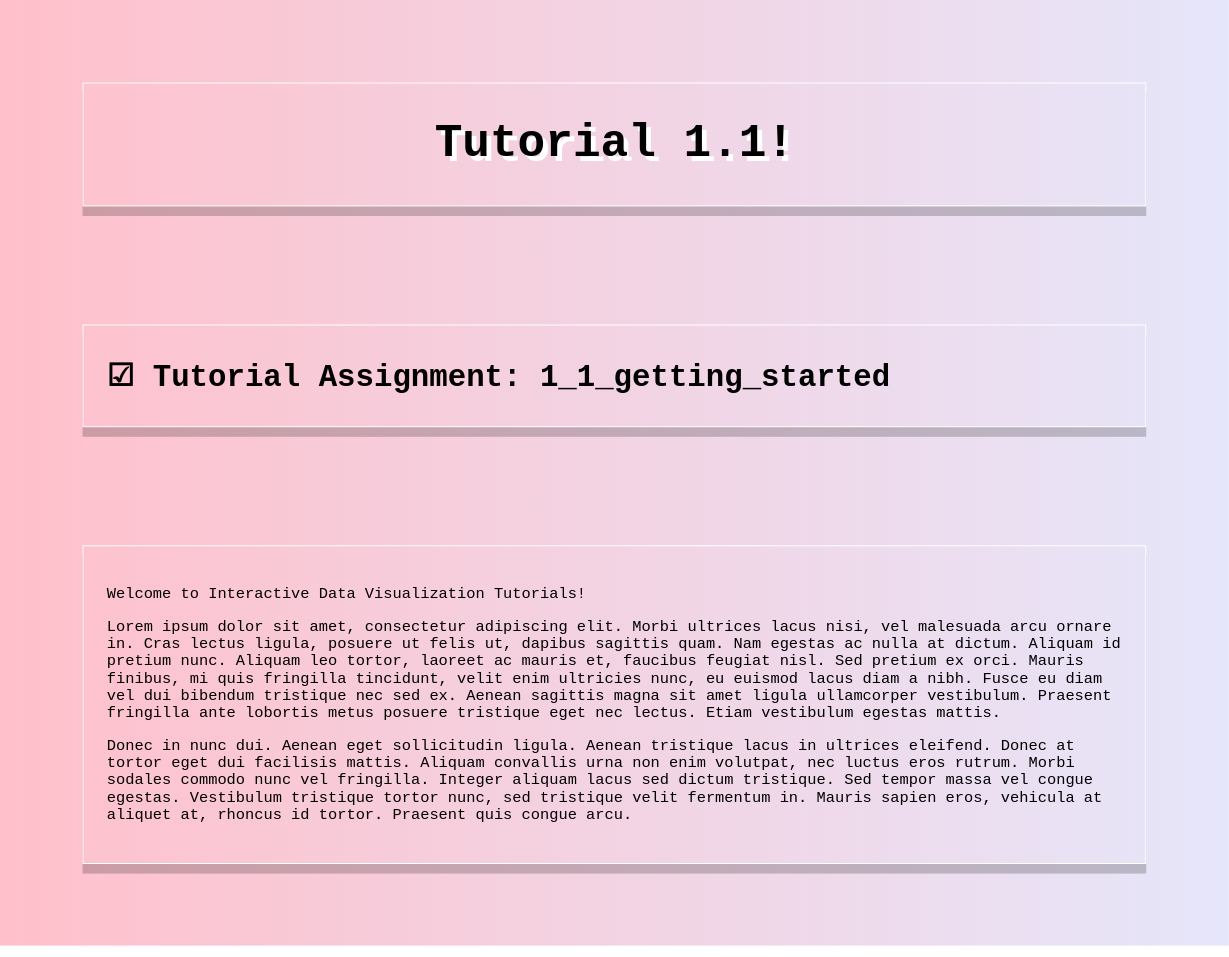
Repository: lisjak/Interactive-Data-Vis-Fall2022
Page: 1_1_getting_started/index.html
The author's editor kept a copy of each file at every save. The page is drawn from the files as they stood at one save, then again after the next save.
The browser window is 1280 px wide. The pictures show the whole page, at 96% of full size.
Some web fonts or font styles are not loaded; a fallback is used.

Above is the page before, as saved 2022-09-04 21:59:56.

### 1_1_getting_started/index.html
<!DOCTYPE html>

<head>
    <meta charset="utf-8">

    <title>Interactive Data Visualization Tutorial</title>

    <link rel="stylesheet" href="https://fonts.googleapis.com/css?family=Source+Sans+Pro">

    <link href="https://fonts.googleapis.com/css2?family=Azeret+Mono&display=swap" rel="stylesheet">

    <link rel="stylesheet" href="./style.css">
</head>

<body>
    <div>
        <h1>
            Tutorial 1.1!
        </h1>
    </div>
    <div>
        <h3>
            &#9745; Tutorial Assignment: 1_1_getting_started
        </h3>
    </div>
    <div>
        <p>
            Welcome to Interactive Data Visualization Tutorials!
        </p>

        <p>
            Lorem ipsum dolor sit amet, consectetur adipiscing elit. Morbi ultrices lacus nisi, vel malesuada arcu ornare in. Cras lectus ligula, posuere ut felis ut, dapibus sagittis quam. Nam egestas ac nulla at dictum. Aliquam id pretium nunc. Aliquam leo tortor,
            laoreet ac mauris et, faucibus feugiat nisl. Sed pretium ex orci. Mauris finibus, mi quis fringilla tincidunt, velit enim ultricies nunc, eu euismod lacus diam a nibh. Fusce eu diam vel dui bibendum tristique nec sed ex. Aenean sagittis magna
            sit amet ligula ullamcorper vestibulum. Praesent fringilla ante lobortis metus posuere tristique eget nec lectus. Etiam vestibulum egestas mattis.
        </p>

        <p>
            Donec in nunc dui. Aenean eget sollicitudin ligula. Aenean tristique lacus in ultrices eleifend. Donec at tortor eget dui facilisis mattis. Aliquam convallis urna non enim volutpat, nec luctus eros rutrum. Morbi sodales commodo nunc vel fringilla. Integer
            aliquam lacus sed dictum tristique. Sed tempor massa vel congue egestas. Vestibulum tristique tortor nunc, sed tristique velit fermentum in. Mauris sapien eros, vehicula at aliquet at, rhoncus id tortor. Praesent quis congue arcu.
        </p>
    </div>
</body>

</html>

### 1_1_getting_started/style.css
body {
    background-image: linear-gradient(to right, pink, lavender);
    font-family: 'Azeret Mono', monospace;
    font-size: 16px;
    padding: 1em;
    display: flex;
    flex-direction: column;
}

div {
    /* min-width: 100%; */
    align-items: center;
    justify-content: center;
    border: 1px solid white;
    padding: 2%;
    margin: 5%;
    box-shadow: 0 10px 0px rgb(0 0 0 / 0.2);
}

h1 {
    font-size: 3em;
    margin: 0.25em 0;
    text-shadow: 5px 5px 0px white;
    text-align: center;
}

h3 {
    font-size: 2em;
    margin: 0.25em 0;
}

p {
    font-size: 1em;
    color: black;
}

After the next save:
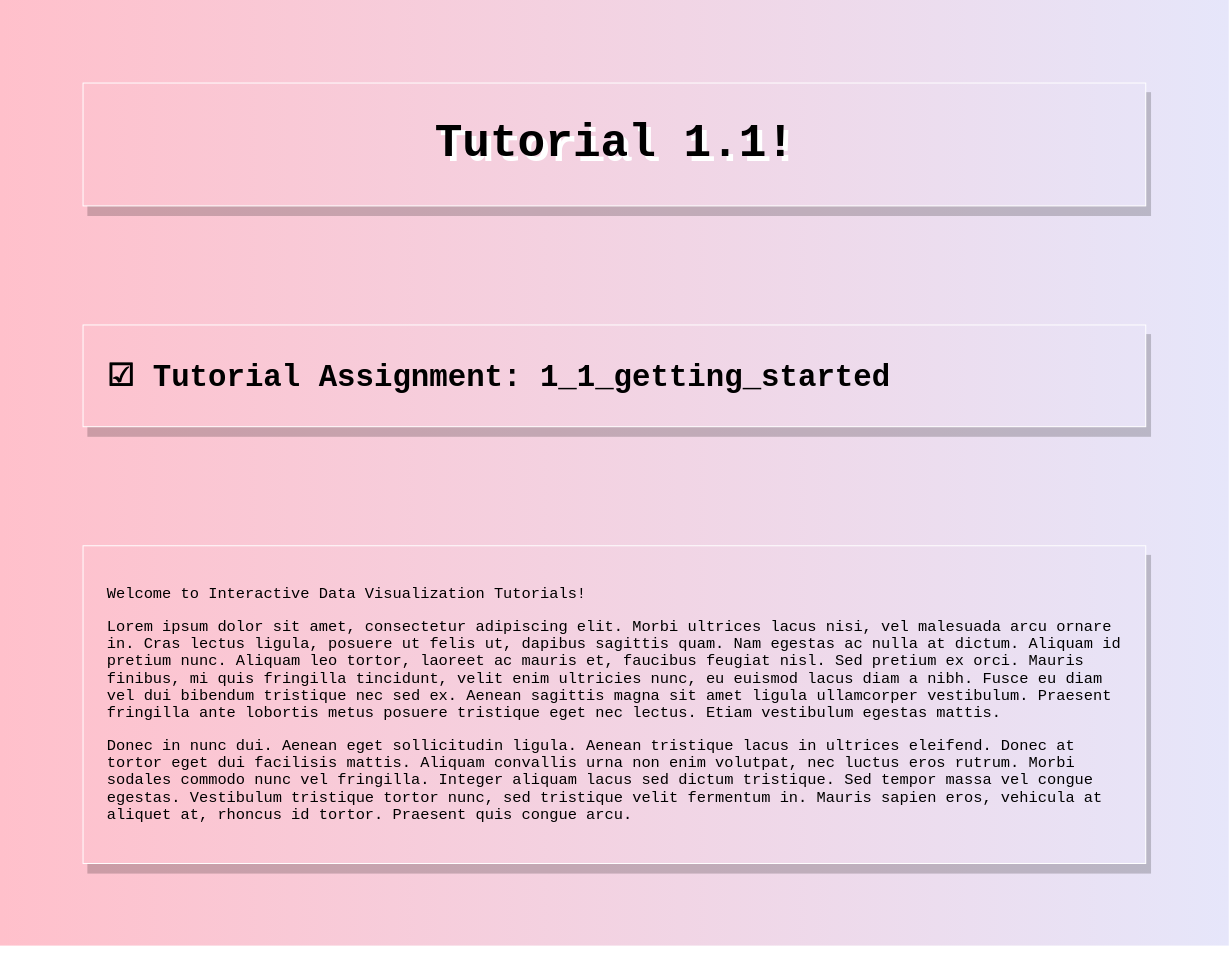
Saved 6 s later.
--- a/1_1_getting_started/style.css
+++ b/1_1_getting_started/style.css
@@ -14,7 +14,7 @@ div {
     border: 1px solid white;
     padding: 2%;
     margin: 5%;
-    box-shadow: 0 10px 0px rgb(0 0 0 / 0.2);
+    box-shadow: 5px 10px 0px rgb(0 0 0 / 0.2);
 }
 
 h1 {
